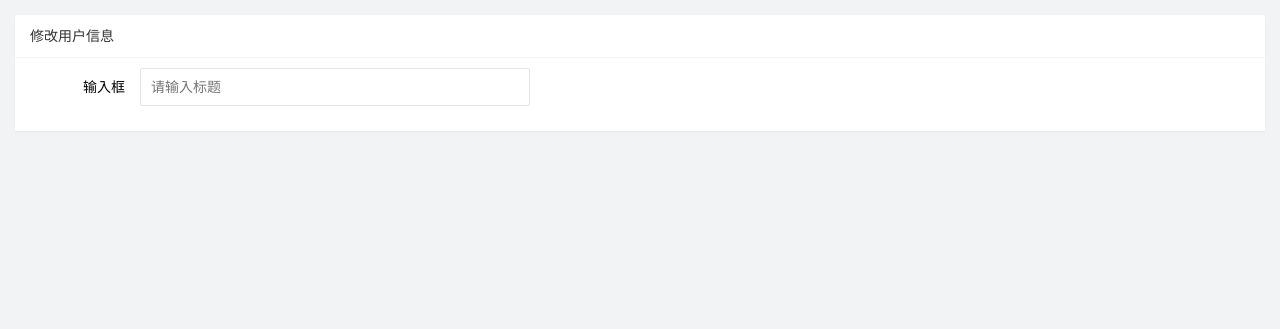
Repository: keyboying1/web_bigevent
Page: user/user_info.html
These files come from the project's save history. The page is drawn as it stood at one moment and after the next save; the edit follows.
The browser window is 1280 px wide. The pictures show the whole page.

Above is the page before, as saved 2022-11-19 16:43:53.

After the next save:
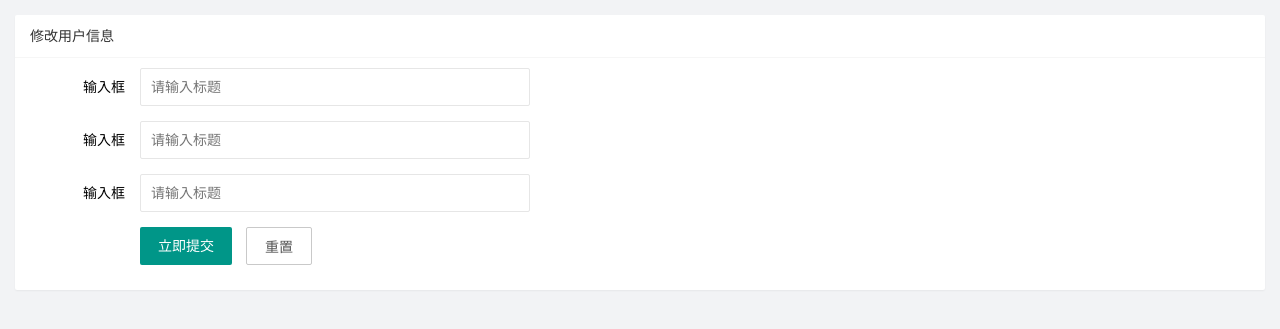
Saved 83 s later.
--- a/user/user_info.html
+++ b/user/user_info.html
@@ -21,6 +21,27 @@
                 <input type="text" name="title" required  lay-verify="required" placeholder="请输入标题" autocomplete="off" class="layui-input">
               </div>
             </div>
+            <!--  -->
+            <div class="layui-form-item">
+                <label class="layui-form-label">输入框</label>
+                <div class="layui-input-block">
+                  <input type="text" name="title" required  lay-verify="required" placeholder="请输入标题" autocomplete="off" class="layui-input">
+                </div>
+              </div>
+              <!--  -->
+              <div class="layui-form-item">
+                <label class="layui-form-label">输入框</label>
+                <div class="layui-input-block">
+                  <input type="text" name="title" required  lay-verify="required" placeholder="请输入标题" autocomplete="off" class="layui-input">
+                </div>
+              </div>
+              <!-- ------------- -->
+              <div class="layui-form-item">
+                <div class="layui-input-block">
+                  <button class="layui-btn" lay-submit lay-filter="formDemo">立即提交</button>
+                  <button type="reset" class="layui-btn layui-btn-primary">重置</button>
+                </div>
+              </div>
         </form>
         </div>
       </div>
